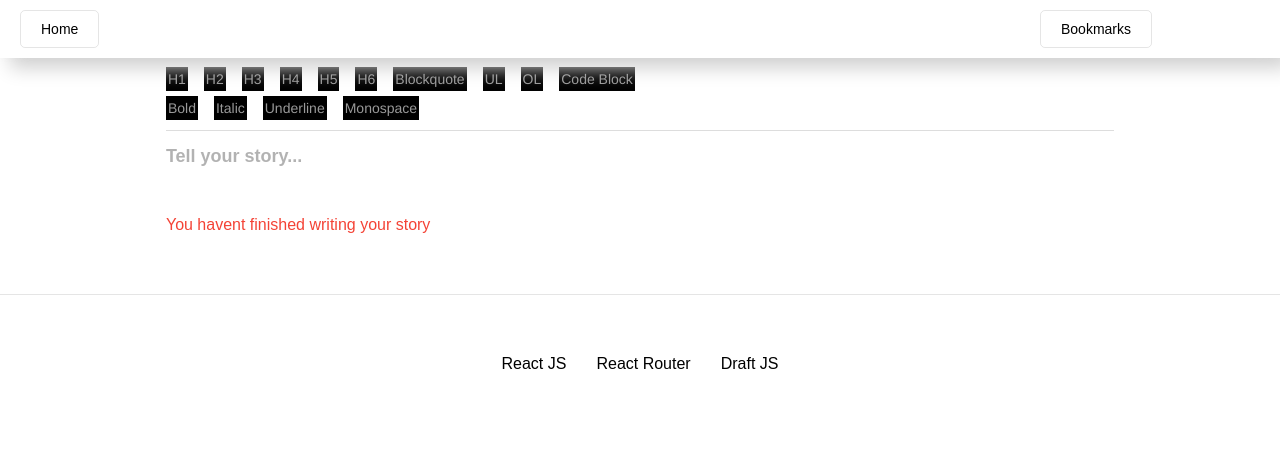
Repository: DevLaukey/task
Page: /react-mini-blog/new
These files come from the project's save history. The page is drawn as it stood at one moment and after the next save; the edit follows.
The browser window is 1280 px wide. The pictures show the whole page.
The project was rebuilt for these pictures with package versions that can differ from the ones it lists, and the page was loaded fresh each time. Also part of the build but not shown: src/data.js, src/helper.js, src/Components/content/content.css, src/Components/content/Bookmarks.js, src/Components/content/Post.js, src/Components/content/Posts.js, src/Components/content/Content.js, src/Components/content/Bookmark.js and 2 more.

Above is the page before, as saved 2022-06-13 13:53:34.

After the next save:
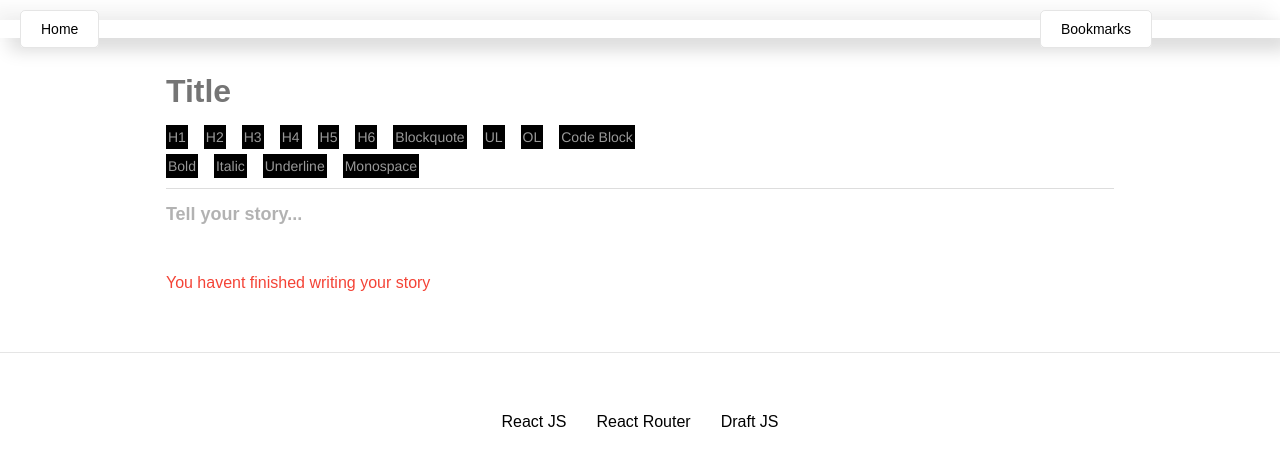
Saved 19 s later.
--- a/src/Components/header/header.css
+++ b/src/Components/header/header.css
@@ -1,6 +1,6 @@
 header {
   background-color: white;
-  position: fixed;
+  position: sticky;
   top: 0;
   width: 100vw;
   box-shadow: 10px 10px 19px #d0d0d0, -10px -10px 19px #f0f0f0;

After the save that followed:
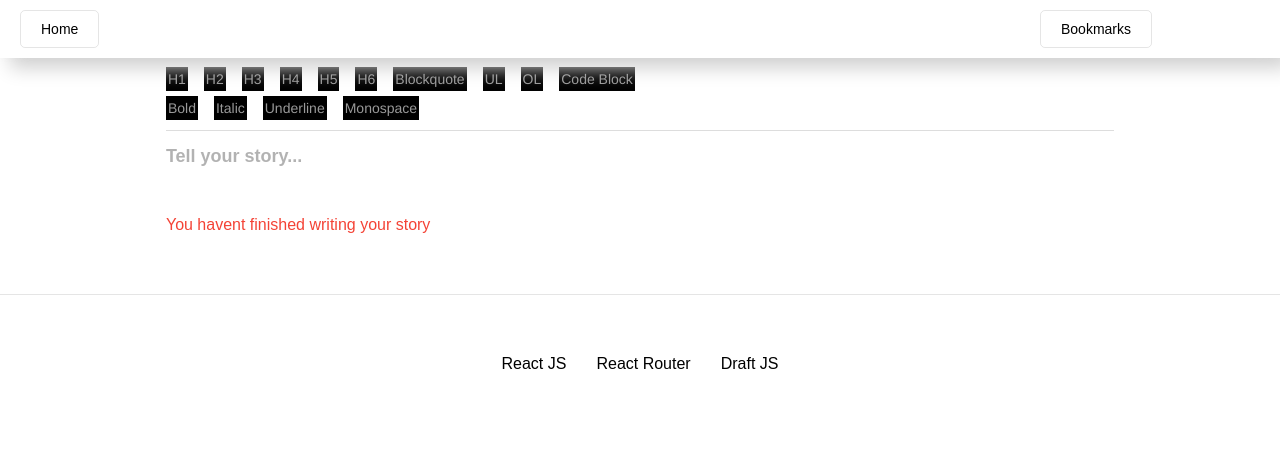
Saved 6 s later.
--- a/src/Components/header/header.css
+++ b/src/Components/header/header.css
@@ -1,6 +1,6 @@
 header {
   background-color: white;
-  position: sticky;
+  position: fixed;
   top: 0;
   width: 100vw;
   box-shadow: 10px 10px 19px #d0d0d0, -10px -10px 19px #f0f0f0;
